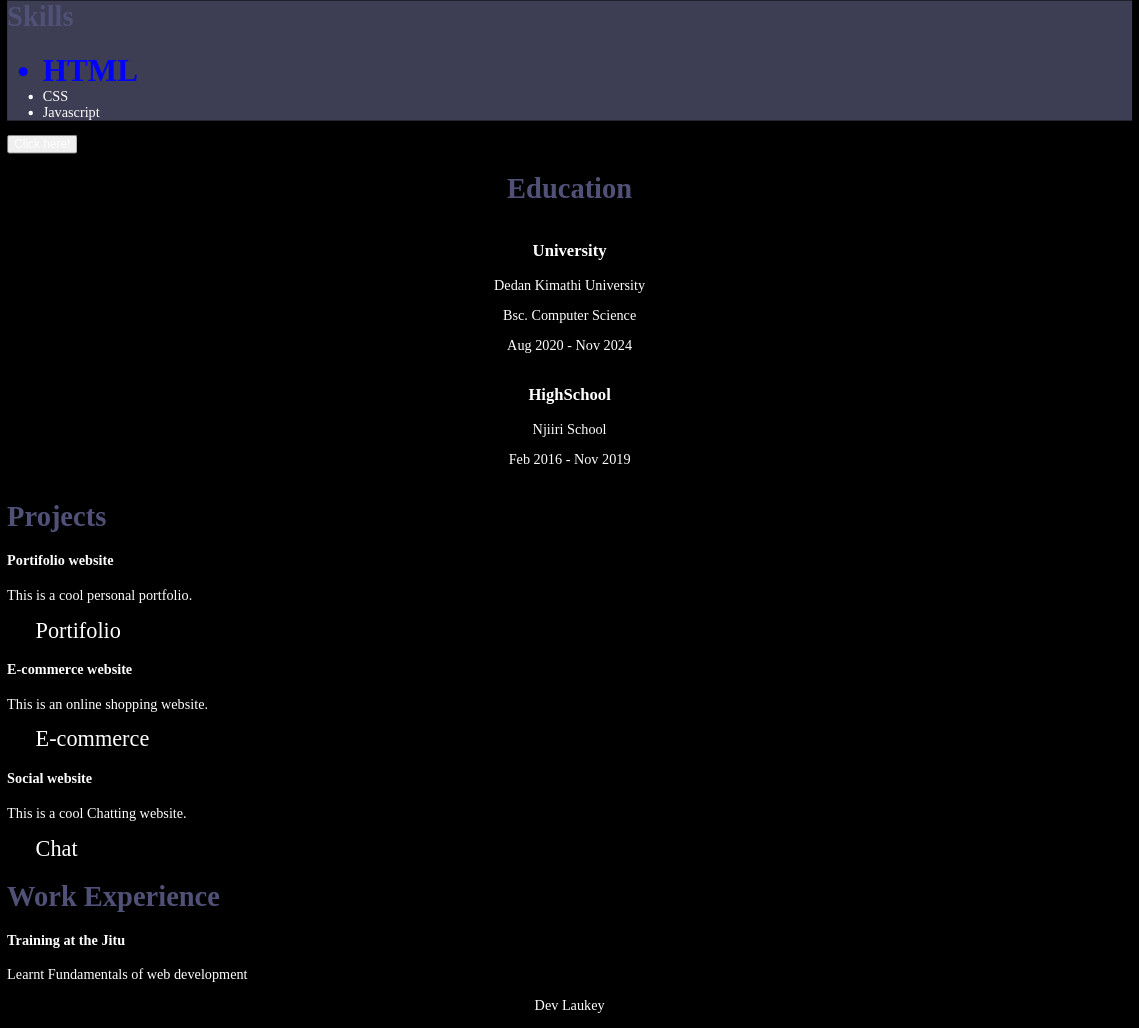
Repository: LaukeyMwaura/Jitu-Day-2
Page: index.html
These files come from the project's save history. The page is drawn as it stood at one moment and after the next save; the edit follows.
The browser window is 1280 px wide. The pictures show the part of the page from y = 822 to 1977 px (the page is 1977 px tall), at 89% of full size.
A picture or video elsewhere on the page could not be fetched, so the positions and the page height are approximate.

Above is the page before, as saved 2022-05-11 14:47:33.

### index.html
<!DOCTYPE html>
<html lang="en">
  <head>
    <meta charset="UTF-8" />
    <meta http-equiv="X-UA-Compatible" content="IE=edge" />
    <meta name="viewport" content="width=device-width, initial-scale=1.0" />
    <title>First Site</title>
    <link rel="stylesheet" href="./style.css">
  </head>
  <body>
    <nav>
      <ul style="list-style-type: circle">
        <li><a href="#about">About </a></li>
        <li><a href="#skills">Skills </a></li>
        <li><a href="#education">Education </a></li>
        <li><a href="#projects">Projects </a></li>
        <li><a href="#work">Work </a></li>
      </ul>
    </nav>
    <div class="about" id="about">
      <h1 class="about">About Me</h1>
      <p>I am a software developer trainee.</p>
      <img
        height="450"
        weight="450"
        src="https://devlaukey.netlify.app/uploads/me.jpeg"
        alt=""
      />
      <p>Let's connect:</p>
      <a target="_blank" href="https://devlaukey.netlify.com/">Website</a>
      <a target="_blank" href="https://www.linkedin.com/in/devlaukey/"
        >LinkedIn</a
      >
      <a target="_blank" href="https://github.com/DevLaukey">Github</a>
    </div>
    <div class="skills" id="skills" style="background-color: rgb(61, 61, 83); color: white;">
      <h1>Skills</h1>
      <ul>
        <li id="html">HTML</li>
        <li>CSS</li>
        <li>Javascript</li>
      </ul>
    </div>
    <button>
      Click here!
    </button>
    <div class="education" id="education">
      <h1>Education</h1>
      <div class="">
        <h3>University</h3>
        <p>Dedan Kimathi University</p>
        <p>Bsc. Computer Science</p>
        <p>Aug 2020 - Nov 2024</p>
      </div>
      <div>
        <h3>HighSchool</h3>
        <p>Njiiri School</p>
        <p>Feb 2016 - Nov 2019</p>
      </div>
    </div>
    <div class="project" id="projects">
      <h1>Projects</h1>
      <div class="project" >
        <h4>Portifolio website</h4>
        <p>This is a cool personal portfolio.</p>
        <a href="https://devlaukey.netlify.app/">Portifolio</a>
      </div>
      <div class="project">
        <h4>E-commerce website</h4>
        <p>This is an online shopping website.</p>
        <a href="https://victor-100.web.app/">E-commerce</a>
      </div>
      <div class="project">
        <h4>Social website</h4>
        <p>This is a cool Chatting website.</p>
        <a href="https://messenger-clone-70550.web.app/">Chat</a>
      </div>
    </div>
    <div id="work" class="work">
      <h1>Work Experience</h1>
      <div>
        <h4>Training at the Jitu</h4>
        <p>Learnt Fundamentals of web development</p>
      </div>
    </div>

    <footer style="background-color: black; color: white; text-align: center">
      <p>Dev Laukey</p>
    </footer>
  </body>
</html>

### style.css
* {
  color: white;
}
body {
  background-color: black;
}

h1 {
  color: rgb(81, 81, 119);
}
.about {
  background-color: blue;
}
.education {
  text-align: center;
  display: flex;
  flex-direction: column;
}
#html {
  color: blue;
  font-weight: bold;
  font-size: 35px;
}
[href]{
    color: white;
    text-decoration: none;
    margin: 2rem;
    font-size: 25px;
}

After the next save:
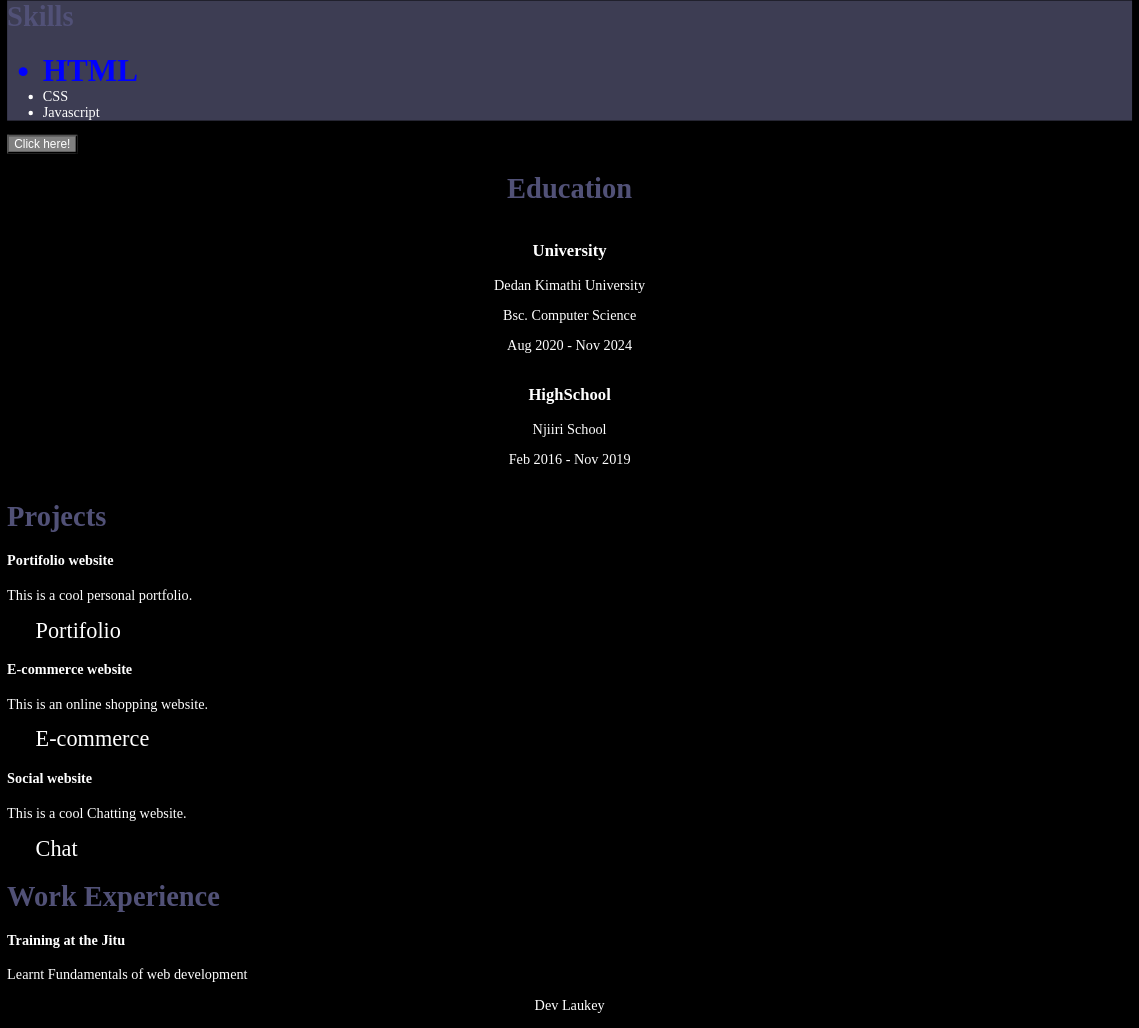
Saved 19 s later.
--- a/style.css
+++ b/style.css
@@ -27,3 +27,7 @@ h1 {
     margin: 2rem;
     font-size: 25px;
 }
+button{
+    background-color:gray;
+    color: white;
+}
